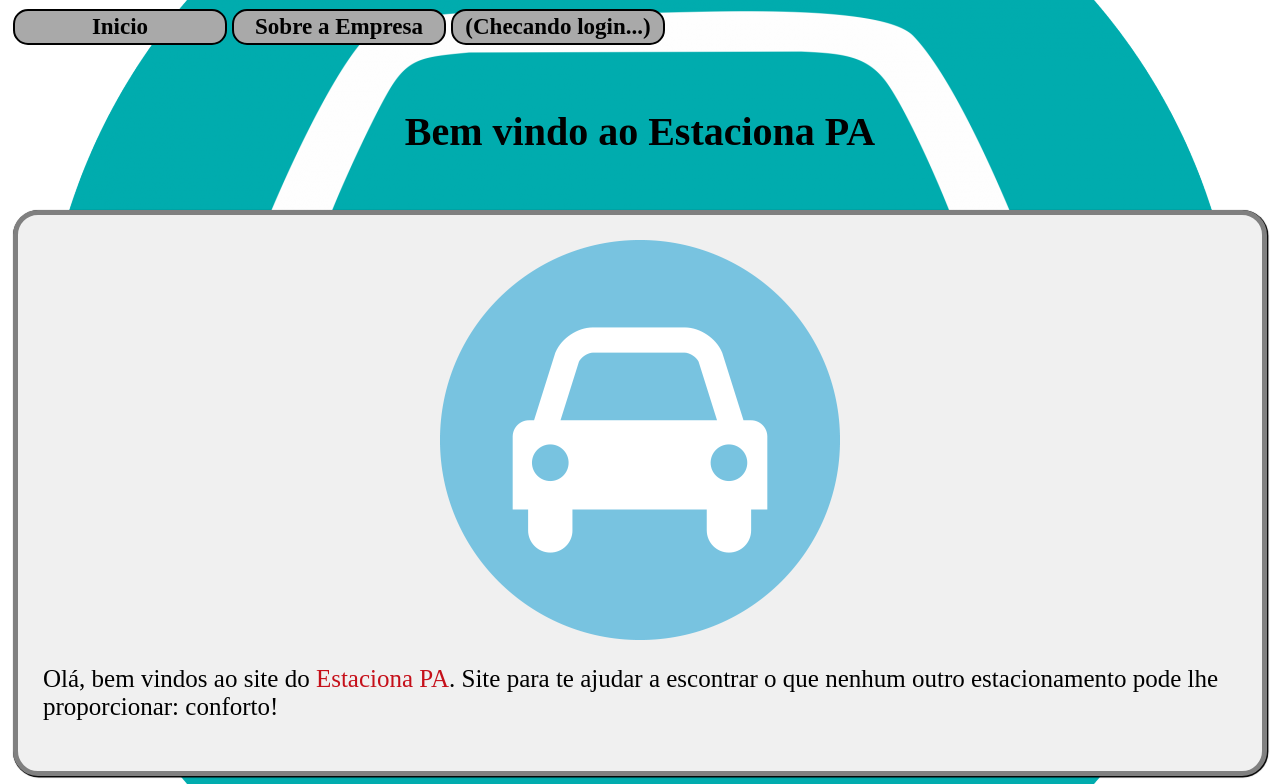
Repository: EstacionaPA/site
Page: index.html
The author's editor kept a record of every edit. The page is drawn from the files as they stood at one moment, then again after the next edit.
The browser window is 1280 px wide. The pictures show the whole page.
Backgrounds fixed to the window are drawn as part of the page.

Above is the page before.

### index.html
<!DOCTYPE html>

<html>
<head>
	<meta charset="utf-8">
	<link rel="stylesheet" type="text/css" href="css/layout/central_layout.css">
	<link rel="stylesheet" type="text/css" href="css/pages/index.css">

	<title>Estaciona PA</title>
</head>

<body>

    <div id="createMenu(IMPLEMENTAR)"></div>

    <nav class="menu">
        <ul class="itemMenu">
            <li><a>Inicio</a></li>
            <li><a href="html/pages/about.html">Sobre a Empresa</a></li>
            <li><a href="php/login/valid_access.php" id="nameMenu">(Checando login...)</a>
                <ul>
                    <li><a href="html/forms/cad_client.html">Cadastrar-se</a></li>
                </ul>
            </li>
        </ul>
    </nav>

    <h1>Bem vindo ao Estaciona PA</h1>

    <div class="layout">
        <img src="img/slide_show/rollImage1.jpg" id="img1" alt="Comprometimento">
        <p>
                    Olá, bem vindos ao site do <span class="FormataçãoFonteVermelha">Estaciona PA</span>. Site para te ajudar a escontrar o que nenhum outro estacionamento pode lhe proporcionar: conforto!
        </p>
    </div>
</body>

<script src="scripts/jquery-2.1.4.min.js"></script>
<script src="scripts/js/literal_objetcts/root_path_l0.js"></script>


</html>

### css/layout/central_layout.css
html {

	background:url("../../img/backGround.png") no-repeat;
	background-position: center;
	background-attachment: fixed;
}

h1 {

    text-align: center;
    font-size: 40px;
    font-weight: bold;
    padding: 50px;
    margin: 0;

}

.layout{
    border: 5px solid;
    border-color: gray;

    margin: 5px;
    padding: 25px;
    border-radius: 25px;
    box-shadow: 0.7px 0.7px 0.7px 0.7px;

    font-size: 25px;

    background-color: #f0f0f0;


    -webkit-box-sizing: border-box;
    -moz-box-sizing: border-box;
    box-sizing: border-box;

}

.menu ul{
	list-style:none;
	position:relative;
	float:left;
	width: 100%;
    height: 100px;
	padding:0;
    margin: 0;
}

.menu ul a{
	display:block;
	color:#000000;
    line-height:32px;
    background-color: darkgray;
    width: 200px;

    margin: 1px 0px 0px 5px;
    padding: 0px 5px 0px 5px;

    border: 2px solid;
    border-radius: 15px;
    border-color: black;

	text-decoration:none;
	font-weight:bold;
	font-size:23px;
    text-align: center;
    transition: background-color 0.2s ease-out;
}

.menu ul a:hover{
    background-color: green;
    color: #f4f1f1;
}

.menu ul li{
	position:relative;
	float:left;

	margin:0;
	padding:0;
}

.menu ul li:hover{
	border-color: #ffe7e7;

}

.menu ul ul{
	display:none;
	position:absolute;
	top:100%;
	left:0;
	padding:0;
    transition: display 0.5s;
}

.menu ul ul li{
	float:none;
	width:96%;
}

.menu ul ul a{
	line-height:32px;
}

.menu ul ul ul{
	top:0;
	left:100%;
}

.menu ul li:hover > ul{
    display:block;
    margin-left: 4px;
    z-index: 3;
}

### css/pages/index.css
.layout .FormataçãoFonteVermelha {

	color: rgb(197,16,26);
}

.layout img{
    display: block;
    margin-left: auto;
    margin-right: auto
}

### scripts/js/literal_objetcts/root_path_l0.js
//Objeto literal para navegação de diretórios
var toRootFolder = { path: ''}

Loaded but not shown: scripts/jquery-2.1.4.min.js (library)

After the next edit:
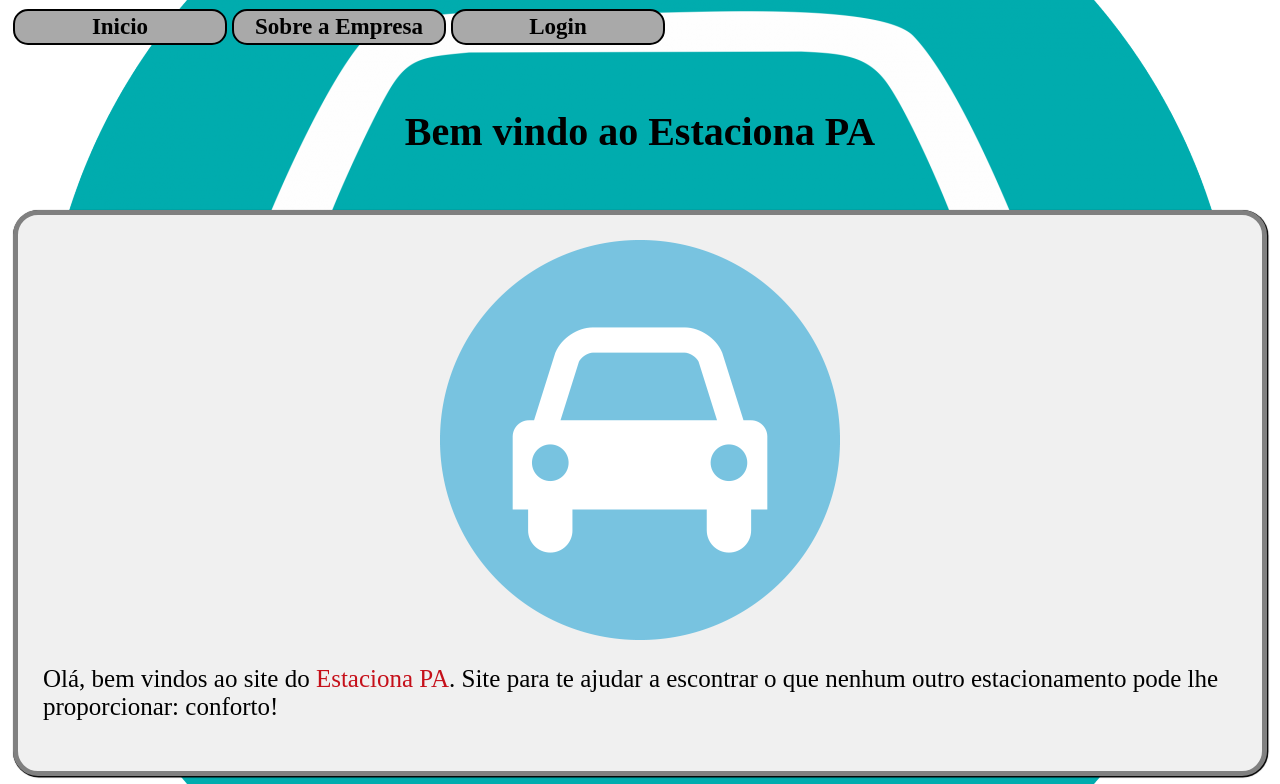
The edit:
--- a/index.html
+++ b/index.html
@@ -17,7 +17,7 @@
         <ul class="itemMenu">
             <li><a>Inicio</a></li>
             <li><a href="html/pages/about.html">Sobre a Empresa</a></li>
-            <li><a href="php/login/valid_access.php" id="nameMenu">(Checando login...)</a>
+            <li><a href="html/forms/form_login.html" id="nameMenu">Login</a>
                 <ul>
                     <li><a href="html/forms/cad_client.html">Cadastrar-se</a></li>
                 </ul>
